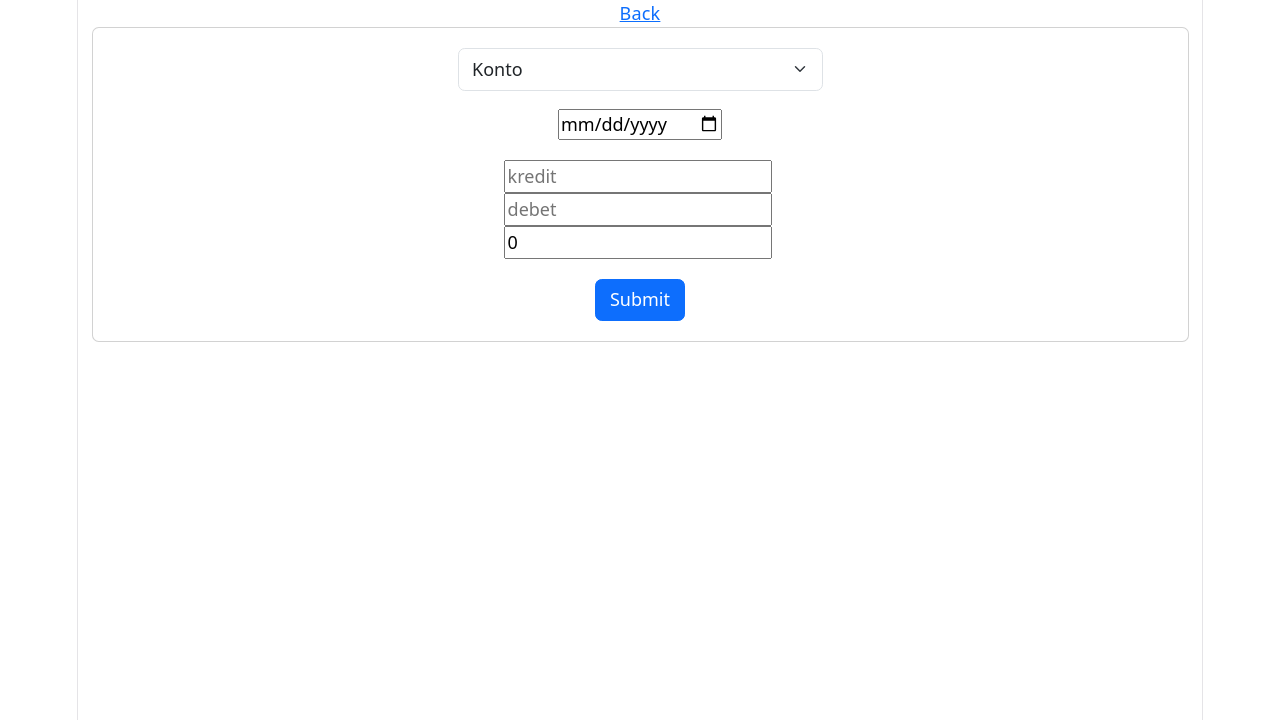
Repository: supply24/kidsaccount
Page: /action
These files come from the project's save history. The page is drawn as it stood at one moment and after the next save; the edit follows.
The browser window is 1280 px wide. The pictures show the whole page.
The page's requests for data from a server got no answer. The project was rebuilt for these pictures with package versions that can differ from the ones it lists, and the page was loaded fresh each time. No one was signed in, and anything a server would have sent is missing. Also part of the build but not shown: vite.config.js, src/App.css, src/App.jsx, src/Homing.jsx, src/Emilia.jsx, src/Alexander.jsx.

Above is the page before, as saved 2026-08-01 05:42:39.

After the next save:
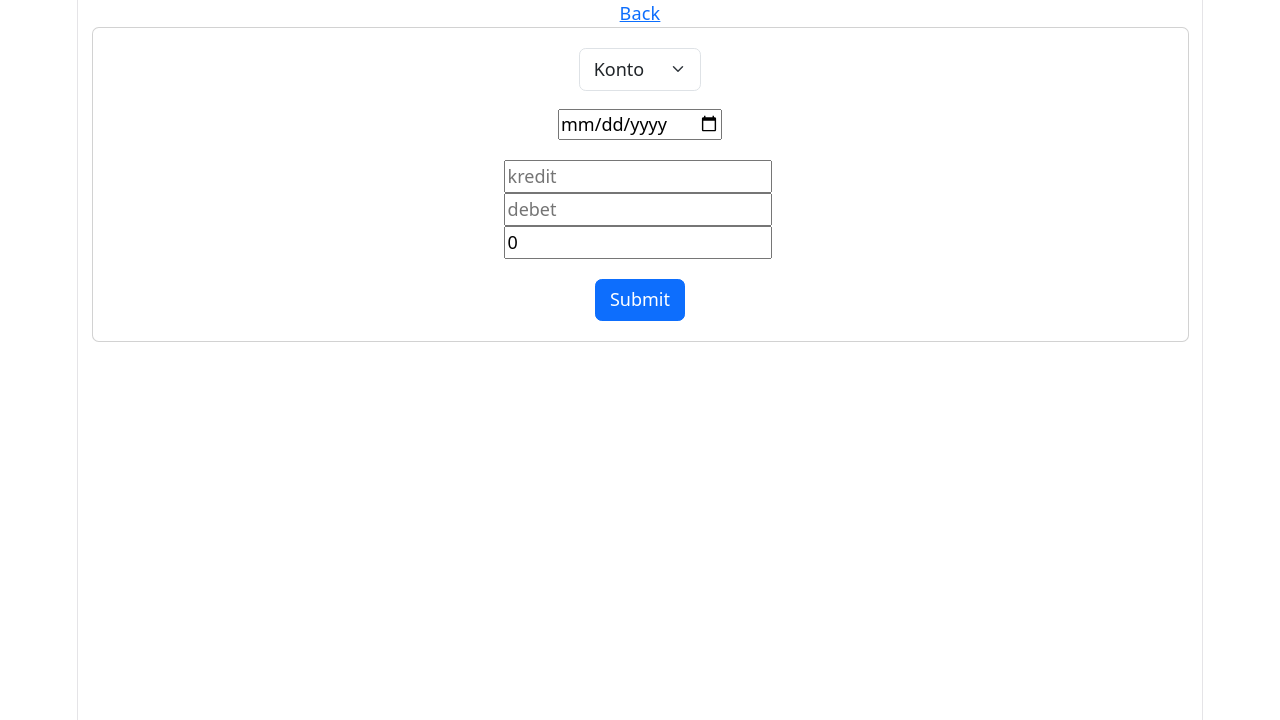
Saved 20 s later.
--- a/src/Actions.jsx
+++ b/src/Actions.jsx
@@ -81,7 +81,7 @@ const Actions = () => {
             <Form onSubmit={handleSubmit}>
               <Col md={4} className="mx-auto" style={{marginTop:"20px"}}>
 
-
+<Col align="center" md={4} className="mx-auto" style={{marginTop:"20px"}}>
 <Form.Group className="mb-3" controlId="formBasicEmail">
   <Form.Select type ="dropdown" onChange={(e)=>setKonto(e.target.value)}>
     <option value={konto}>Konto</option>
@@ -90,6 +90,7 @@ const Actions = () => {
     ))}
   </Form.Select>
 </Form.Group>
+</Col>
 
 
 
